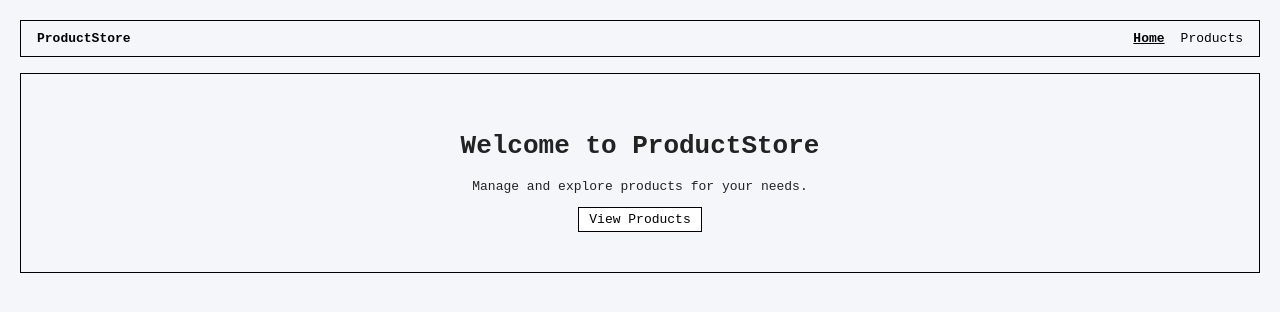
Repository: duyndhe195099/fer202_lab3_he195099
Page: /
These files come from the project's save history. The page is drawn as it stood at one moment and after the next save; the edit follows.
The browser window is 1280 px wide. The pictures show the whole page.
The project was rebuilt for these pictures with package versions that can differ from the ones it lists, and the page was loaded fresh each time. Also part of the build but not shown: src/data/products.js, src/components/SearchBar.js, src/components/CategoryFilter.js, src/components/ProductItem.js, src/components/Pagination.js, src/pages/ProductList.js, src/pages/ProductDetail.js, src/pages/NotFound.js.

Above is the page before, as saved 2026-10-16 11:19:32.

After the next save:
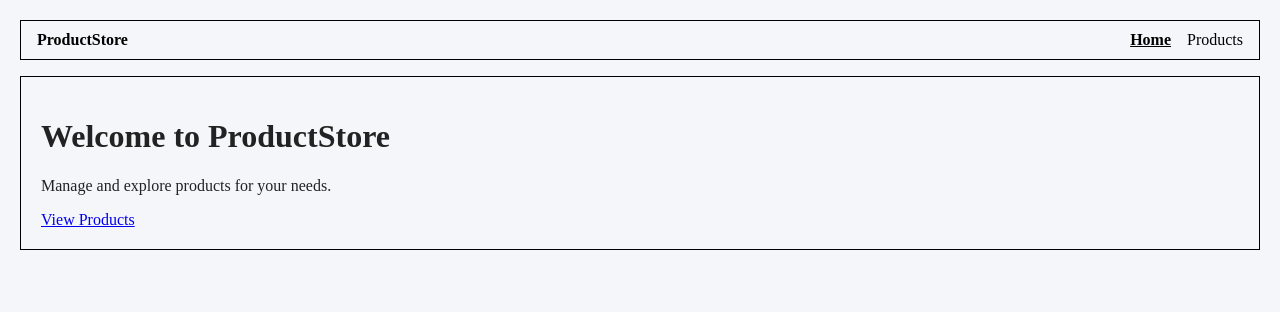
Saved 62 s later.
--- a/src/App.css
+++ b/src/App.css
@@ -1,7 +1,14 @@
 body {
-  font-family: monospace;
+  font-family: "Times New Roman", Times, serif;
+  font-size: 16px;
   margin: 0;
   padding: 20px;
+}
+button,
+input,
+select {
+  font-family: inherit;
+  font-size: inherit;
 }
 
 /* Header: logo trái, menu phải */
@@ -36,115 +43,4 @@ body {
   padding: 20px;
 }
 
-/* Nút */
-.btn {
-  display: inline-block;
-  padding: 4px 10px;
-  border: 1px solid #000;
-  background: #fff;
-  color: #000;
-  cursor: pointer;
-  text-decoration: none;
-  font-family: monospace;
-}
-.btn:disabled {
-  color: #999;
-  border-color: #999;
-  cursor: not-allowed;
-}
-.btn.outline {
-  background: #fff;
-}
-
-/* Home */
-.hero {
-  text-align: center;
-  padding: 40px 0;
-}
-
-/* Hàng tìm kiếm / lọc / sắp xếp */
-.toolbar {
-  display: flex;
-  gap: 10px;
-  margin-bottom: 12px;
-}
-.search-bar {
-  flex: 1;
-  display: flex;
-  gap: 6px;
-}
-.search-bar input {
-  flex: 1;
-  padding: 4px;
-  border: 1px solid #000;
-  font-family: monospace;
-}
-select {
-  padding: 4px;
-  border: 1px solid #000;
-  font-family: monospace;
-}
-
-/* Dòng tổng + trang */
-.summary {
-  margin: 8px 0;
-}
-
-/* Bảng */
-table {
-  width: 100%;
-  border-collapse: collapse;
-}
-th,
-td {
-  border: 1px solid #000;
-  padding: 6px 10px;
-  text-align: left;
-}
-.empty {
-  text-align: center;
-  padding: 20px;
-}
-
-/* Phân trang */
-.pagination {
-  display: flex;
-  justify-content: center;
-  gap: 6px;
-  margin-top: 16px;
-}
-
-/* Chi tiết sản phẩm: ảnh trái, thông tin phải */
-.detail {
-  display: flex;
-  gap: 20px;
-  margin-top: 16px;
-}
-.detail .image {
-  flex: 1;
-  min-height: 200px;
-  border: 1px dashed #000;
-  display: flex;
-  align-items: center;
-  justify-content: center;
-}
-.detail .info {
-  flex: 1;
-}
-.detail dl {
-  display: grid;
-  grid-template-columns: 90px 1fr;
-  gap: 8px;
-}
-.detail dt {
-  font-weight: bold;
-}
-.detail dd {
-  margin: 0;
-}
-
-/* 404 */
-.notfound {
-  text-align: center;
-  padding: 40px 0;
-}
+/*
